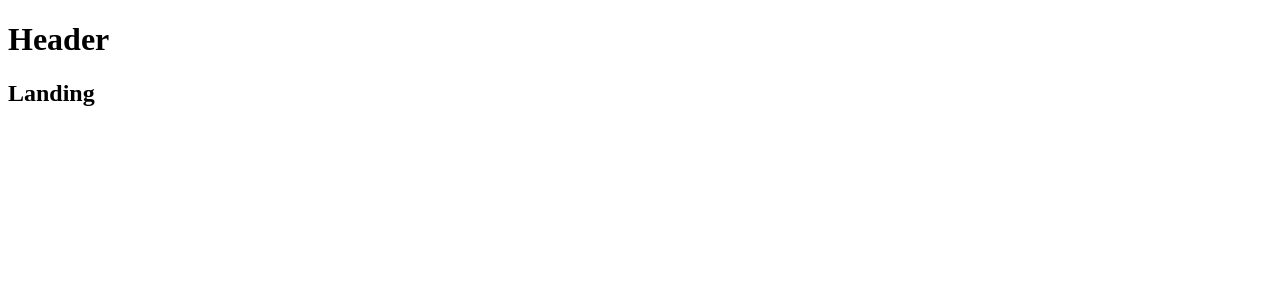
Repository: nickeone/emaily
Page: / (app in client/)
These files come from the project's save history. The page is drawn as it stood at one moment and after the next save; the edit follows.
The browser window is 1280 px wide. The pictures show the whole page.
The project was rebuilt for these pictures with package versions that can differ from the ones it lists, and the page was loaded fresh each time.

Above is the page before, as saved 2021-05-19 20:48:31.

After the next save:
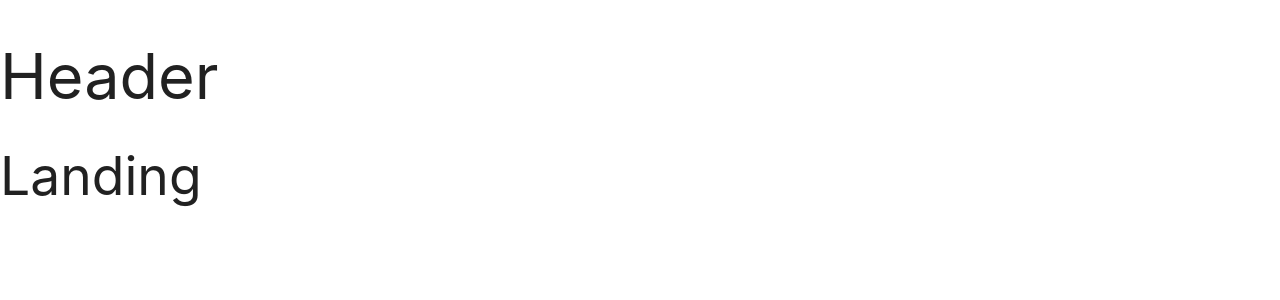
Saved 26 min 52 s later.
--- a/client/src/index.js
+++ b/client/src/index.js
@@ -1,3 +1,4 @@
+import 'materialize-css/dist/css/materialize.min.css';
 import React from 'react';
 import ReactDOM from 'react-dom';
 import { Provider } from 'react-redux';
